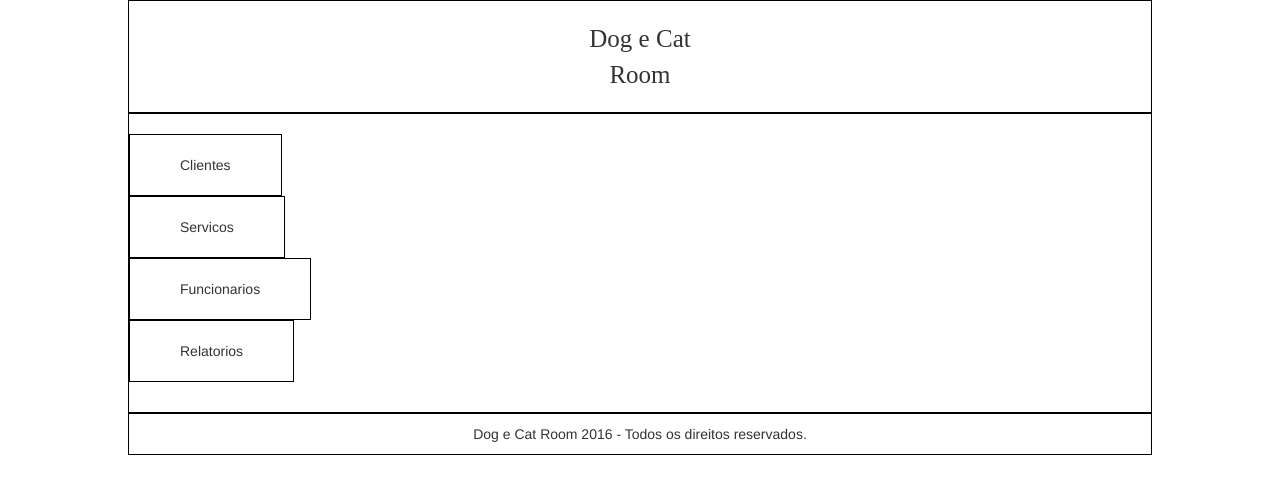
Repository: Natanzx/DogECatRoom
Page: http://localhost/DogECatRoom/principal.jsp
The author's editor kept a copy of each file at every save. The page is drawn from the files as they stood at one save, then again after the next save.
The browser window is 1280 px wide. The pictures show the whole page.
The page is served by Tomcat 9.

Above is the page before, as saved 2016-05-15 20:03:44.

After the next save:
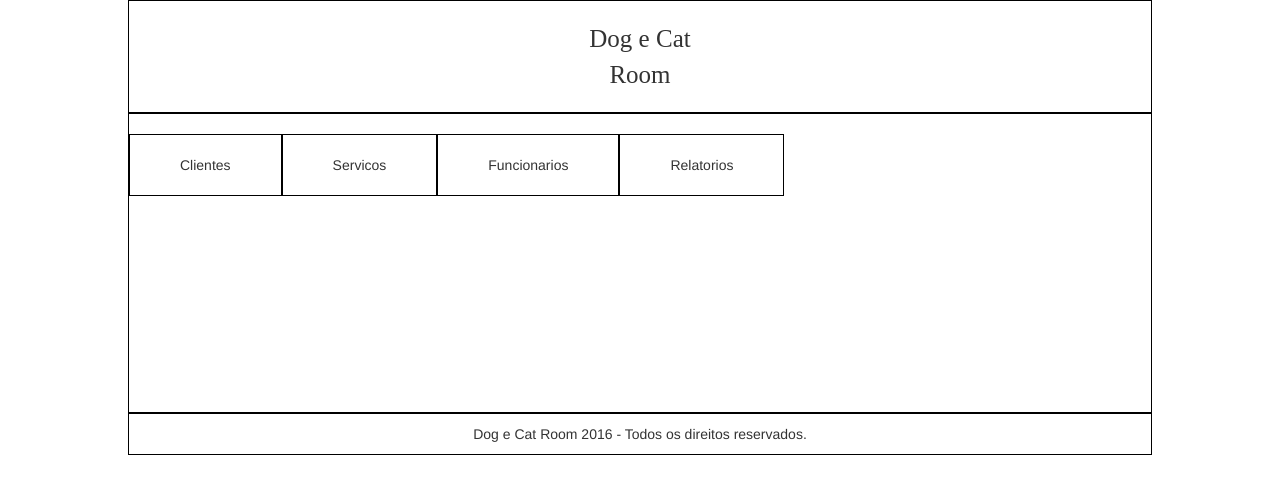
Saved 14 s later.
--- a/DogECatRoom/WebContent/bibliotecas/css/estilos.css
+++ b/DogECatRoom/WebContent/bibliotecas/css/estilos.css
@@ -33,4 +33,5 @@
 	border				: 1px solid black;
 	display				: table;
 	padding				: 20px 50px;
+	float				: left;
 }
